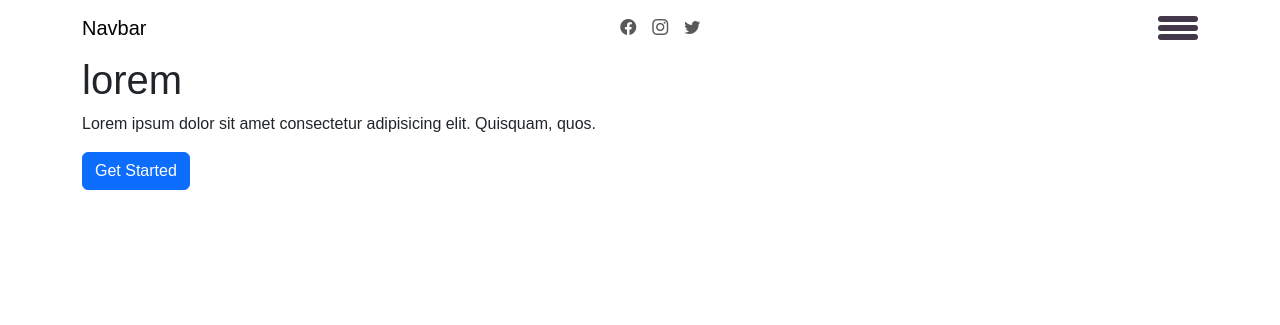
Repository: tagnam/project27012025
Page: index.html
The author's editor kept a copy of each file at every save. The page is drawn from the files as they stood at one save, then again after the next save.
The browser window is 1280 px wide. The pictures show the whole page.

Above is the page before, as saved 2025-01-27 13:48:20.

### index.html
<!DOCTYPE html>
<html lang="en">
<head>
    <meta charset="UTF-8">
    <meta name="viewport" content="width=device-width, initial-scale=1.0">
    <link href="https://cdn.jsdelivr.net/npm/bootstrap@5.3.3/dist/css/bootstrap.min.css" rel="stylesheet" integrity="sha384-QWTKZyjpPEjISv5WaRU9OFeRpok6YctnYmDr5pNlyT2bRjXh0JMhjY6hW+ALEwIH" crossorigin="anonymous">
    <link rel="stylesheet" href="style/css/index.css">
    <link rel="stylesheet" href="style/css/animation.css">
    <link rel="stylesheet" href="style/css/responsive.css">
    <title>project27012025</title>
</head>
<body>
<header>
    <!-- --------------------------------------------start nav bar ------------------------------->
    <nav class="navbar navbar-expand-lg ">
        <div class="container">


          <div class="collapse navbar-collapse justify-content-between" id="navbarSupportedContent">
            <a class="navbar-brand" href="#">Navbar</a>
            <ul class="navbar-nav  ">

              <li class="nav-item">
                <a class="nav-link" href="#"><i class="bi bi-facebook"></i></a>
              </li>
              <li class="nav-item">
                <a class="nav-link" href="#"><i class="bi bi-instagram"></i></a>
              </li>
              <li class="nav-item">
                <a class="nav-link" href="#"><i class="bi bi-twitter"></i></a>
              </li>

            </ul>
            <div class="d-flex">
               <div class="menu-container">
                <span class="span-menu-01 menu-icon"></span>
                <span class="span-menu-02 menu-icon"></span>
                <span class="span-menu-03 menu-icon"></span>
            </div>
            </div>
          </div>
        </div>
      </nav>
      <!------------------------------------------------ end navbar ----------------------------->
      <section class="container">
        <div class="row">
            <div class="col-lg-6">
                <div class="content">
                    <h1>lorem</h1>
                    <p>Lorem ipsum dolor sit amet consectetur adipisicing elit. Quisquam, quos.</p>
                    <button class="btn btn-primary">Get Started</button>
                </div>
            </div>
            <div class="col-lg-6"></div>
        </div>
      </section>

</header>




<script src="https://cdn.jsdelivr.net/npm/bootstrap@5.3.3/dist/js/bootstrap.bundle.min.js" integrity="sha384-YvpcrYf0tY3lHB60NNkmXc5s9fDVZLESaAA55NDzOxhy9GkcIdslK1eN7N6jIeHz" crossorigin="anonymous"></script>
<script src="style/js/custom.js"></script>
</body>
</html>

### style/css/index.css
@import url("https://cdn.jsdelivr.net/npm/bootstrap-icons@1.11.3/font/bootstrap-icons.min.css");

*{
 margin: 0;
padding: 0;
box-sizing: border-box;
}

:root{
    --dark-color:#423849;
    --semi-dark-color:#b46ee0;
    --light-color:#d287d4;
    --main-heading-font-size: 2.5rem;
    --subheading-font-size: 1.5rem;
    --paragraph-font-size: 1rem;

}


body{
    font-family: 'Poppins', sans-serif;


}

.menu-icon{
    display: block;
    width: 40px;
    height: 6px;
    background-color: var(--dark-color);
    margin: 3px auto;
    border-radius: 20px;
    cursor: pointer;
}

Loaded but not shown: style/js/custom.js (no copy from this time; the picture is the same without it); style/css/animation.css (no stored copy; drawn as an empty file); style/css/responsive.css (no stored copy; drawn as an empty file)

After the next save:
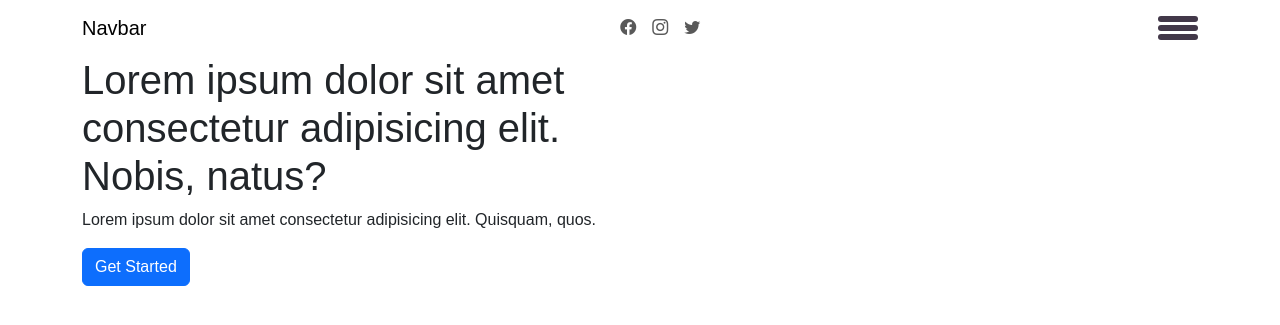
Saved 8 s later.
--- a/index.html
+++ b/index.html
@@ -46,7 +46,7 @@
         <div class="row">
             <div class="col-lg-6">
                 <div class="content">
-                    <h1>lorem</h1>
+                    <h1>Lorem ipsum dolor sit amet consectetur adipisicing elit. Nobis, natus?</h1>
                     <p>Lorem ipsum dolor sit amet consectetur adipisicing elit. Quisquam, quos.</p>
                     <button class="btn btn-primary">Get Started</button>
                 </div>
